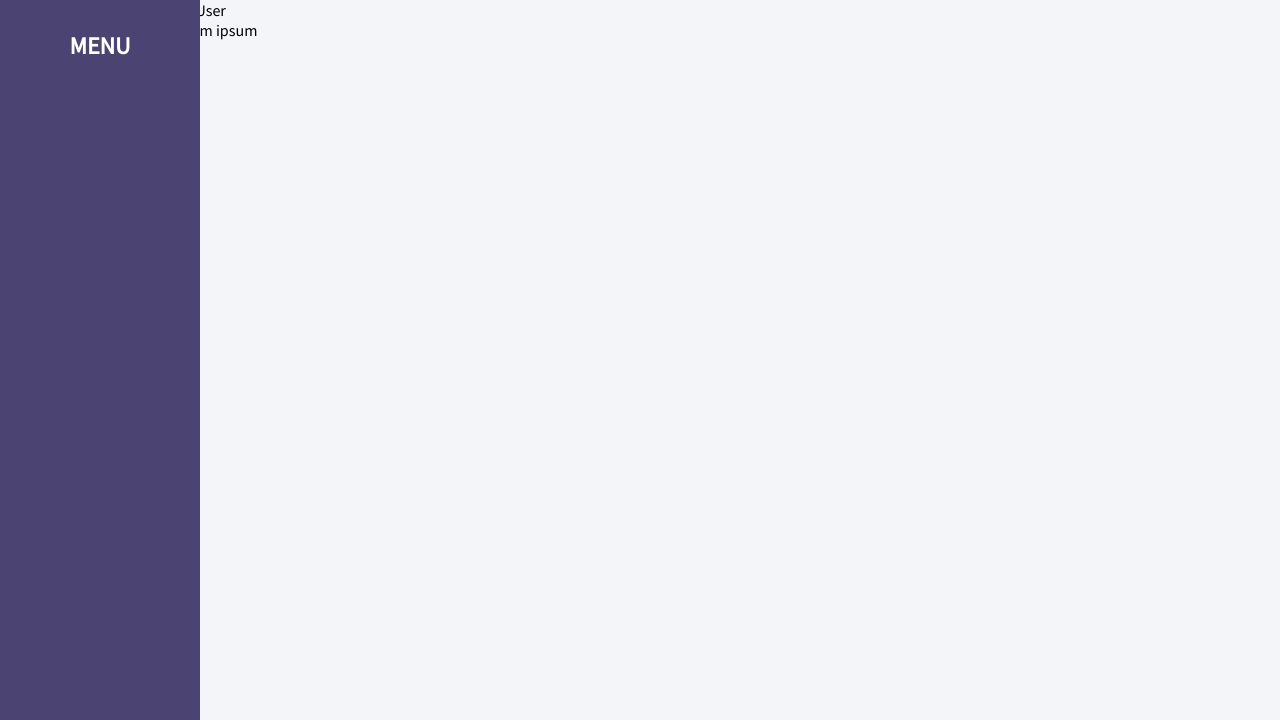
Repository: Lungdjos/ZescoIssueTS
Page: zits/src/main/resources/templates/about_us.html
These files come from the project's save history. The page is drawn as it stood at one moment and after a run of saves; the edit follows.
The browser window is 1280 px wide. The pictures show the whole page.
Some web libraries are served in a nearby version.

Above is the page before, as saved 2021-07-09 22:53:23.

### zits/src/main/resources/templates/about_us.html
<!DOCTYPE html>
<html lang="en">

<head>
    <meta charset="UTF-8">
    <title>About Us Page</title>
    <link rel="stylesheet" href="https://pro.fontawesome.com/releases/v5.10.0/css/all.css" integrity="sha384-AYmEC3Yw5cVb3ZcuHtOA93w35dYTsvhLPVnYs9eStHfGJvOvKxVfELGroGkvsg+p" crossorigin="anonymous" />
    <link rel="stylesheet" href="/css/styles.css">

    <script src="https://kit.fontawesome.com/953cd41e6c.js" crossorigin="anonymous"></script>
</head>

<body>
    <div class="wrapper">
        <div class="sidebar">
            <h2>Menu</h2>
            <ul>
                <li>
                    <a href="#"><i class="fas fa-home"></i> Home</a>
                </li>
                <li>
                    <a href="#"><i class="fas fa-exclamation-triangle"></i> Issues</a>
                </li>
                <li>
                    <a href="#"><i class="fas fa-tools"></i> Equipment</a>
                </li>
                <li>
                    <a href="#"><i class="fas fa-address-card"></i> About</a>
                </li>
                <li>
                    <a href="#"><i class="fas fa-sign-out-alt"></i> Logout</a>
                </li>
            </ul>
        </div>
        <div class="main_content">
            <div class="header">Welcome User</div>
            <div class="info">
                <div>
                    lorem lorem ipsum
                </div>
            </div>
        </div>
    </div>


</body>

</html>

### zits/src/main/resources/templates/css/styles.css
@import url('https://fonts.googleapis.com/css2?family=Source+Sans+Pro&display=swap');
* {
    margin: 0;
    padding: 0;
    box-sizing: border-box;
    list-style: none;
    text-decoration: none;
    font-family: Source Sans Pro;
}

body {
    background: #f3f5f9;
}

.wrapper {
    display: flex;
    position: relative;
}

.wrapper .sidebar h2 {
    position: fixed;
    width: 200px;
    height: 100%;
    background: #4b4372;
    padding: 30px 0;
}

.wrapper .sidebar {
    color: #fff;
    text-transform: uppercase;
    text-align: center;
    margin-bottom: 30px;
}

.wrapper .sidebar ul li {
    padding: 15px;
    border-bottom: 1px solid rgba(0, 0, 0, 0.1);
    border-bottom: 1px solid rgba(254, 254, 254, 0.8);
}

After the next 2 saves:
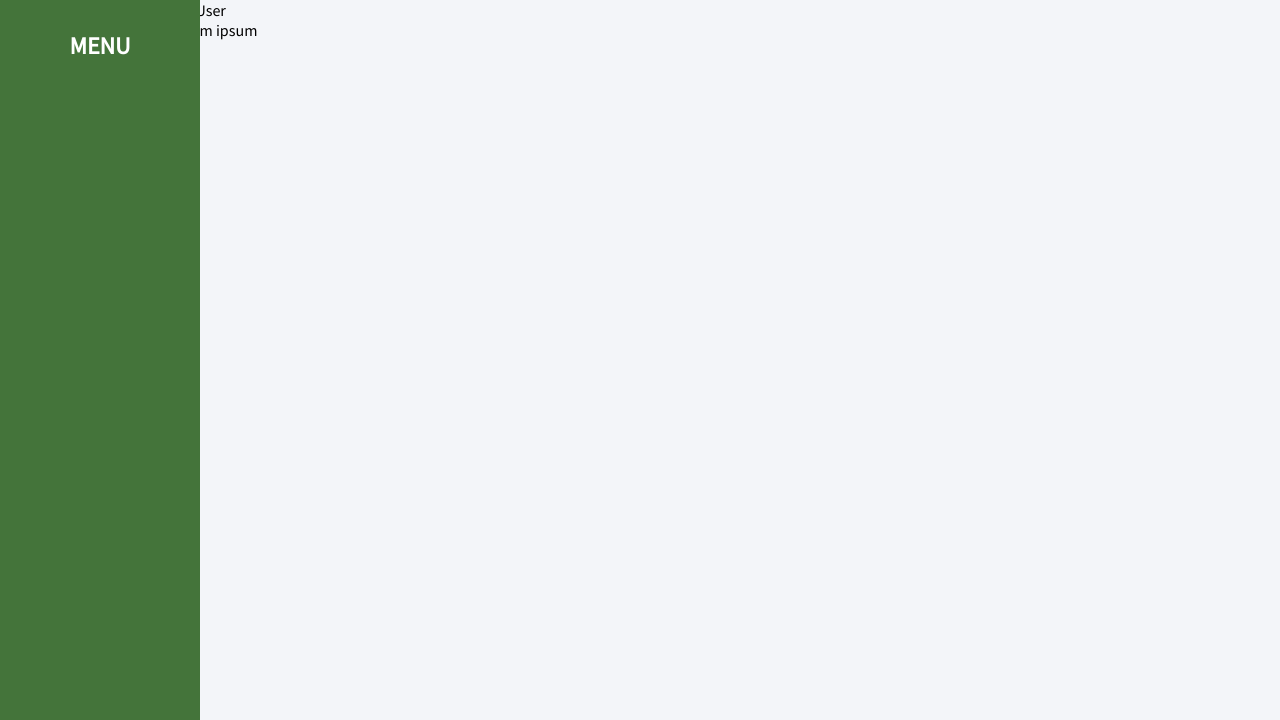
The 2 saves are shown as one change because they came seconds apart.
The last was saved 68 s later.
--- a/zits/src/main/resources/templates/css/styles.css
+++ b/zits/src/main/resources/templates/css/styles.css
@@ -21,7 +21,7 @@
     position: fixed;
     width: 200px;
     height: 100%;
-    background: #4b4372;
+    background: #44743a;
     padding: 30px 0;
 }
 
